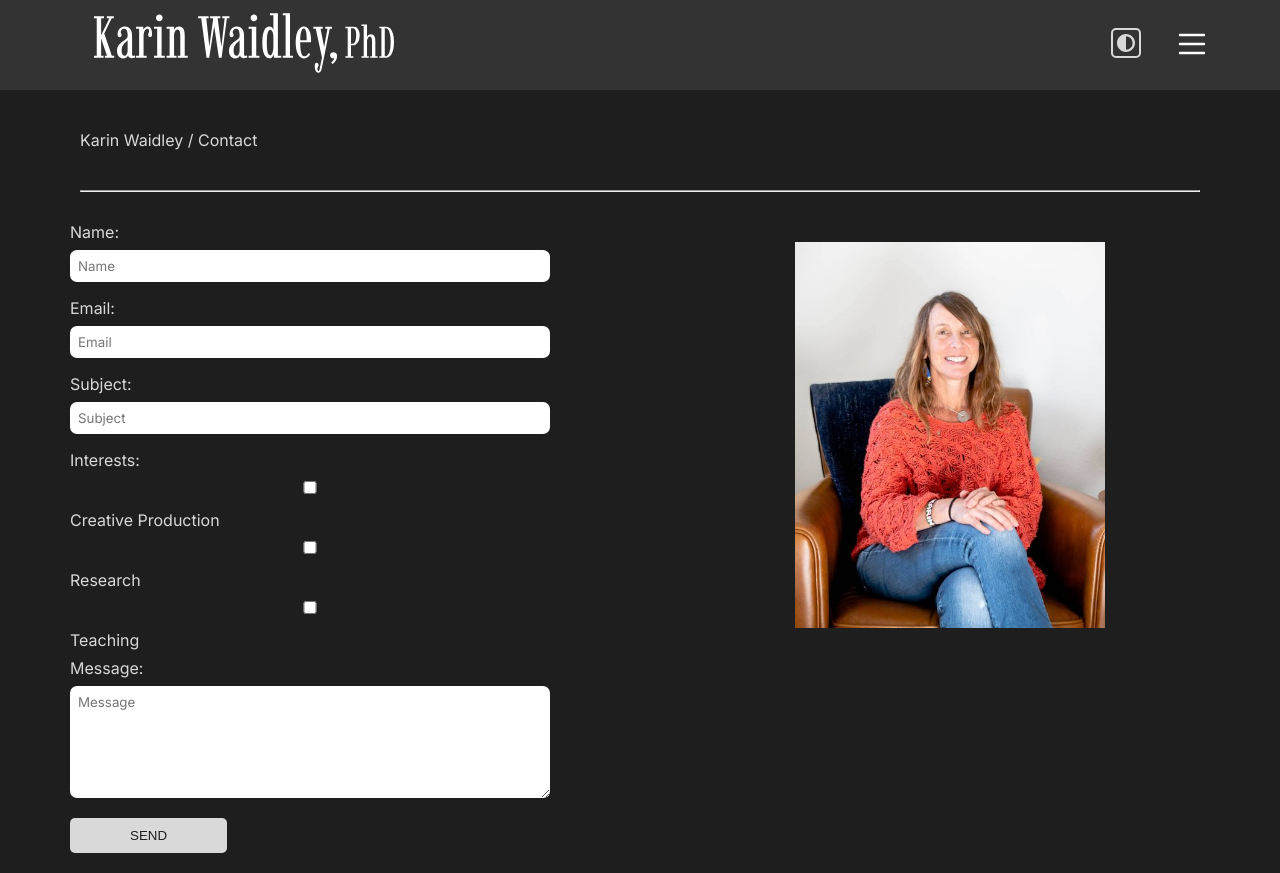
Repository: Ceasor7/Karin
Page: contact.html
The author's editor kept a copy of each file at every save. The page is drawn from the files as they stood at one save, then again after the next save.
The browser window is 1280 px wide. The pictures show the whole page.

Above is the page before, as saved 2023-12-16 01:05:09.

### contact.html
<!DOCTYPE html>
<html lang="en">

<head>
    <meta charset="UTF-8">
    <meta name="viewport" content="width=device-width, initial-scale=1.0">
    <link rel="preconnect" href="https://fonts.googleapis.com">
    <link rel="preconnect" href="https://fonts.gstatic.com" crossorigin>
    <link href="https://fonts.googleapis.com/css2?family=Inter:wght@100;300;400;500;600;700;900&display=swap"
        rel="stylesheet">
    <title>Karin Waidley, PhD | Contact</title>
    <style>
        ::-webkit-scrollbar {
            width: .8em;
            border-radius: .3rem;
            background-color: hsl(0, 0%, 65%);
        }

        ::-webkit-scrollbar-thumb {
            border-radius: .3rem;
            background-color: hsl(0, 0%, 55%);
        }

        ::-webkit-scrollbar-thumb:hover {
            background-color: hsl(0, 0%, 45%);
        }

        body,
        h1,
        h2,
        h3,
        p,
        ul,
        li {
            margin: 0;
            padding: 0;
            list-style: none;
        }

        /* Global styles */
        body {
            font-family: 'Inter', sans-serif;
            background-color: var(--primary-color);
        }

        :root {
            --primary-color: #1E1E1E;
            --secondary-color: #D9D9D9;
        }

        .darkmode {
            --primary-color: #D9D9D9;
            --secondary-color: #1E1E1E;
        }

        /* Navbar styles */
        header {
            background-color: #333;
            color: white;
        }

        .navbar {
            display: flex;
            justify-content: space-between;
            align-items: center;
            padding: 7px;
            margin-left: 60px;
            margin-right: 60px;
        }

        .navbar-logo img {
            height: 72px;
            width: 300px;
            margin-left: 27px;
        }

        .navbar-icons {
            display: flex;
            gap: 10px;
        }

        .dark-mode-toggle {
            color: #D9D9D9;
            border: 2px solid currentColor;
            padding: 4px;
            background: transparent;
            cursor: pointer;
            border-radius: 5px;
            width: 30px;
            height: 30px;
        }

        .dark-mode-toggle,
        .svg-icon {
            margin-right: 20px;
        }

        /* Main content styles */
        section {
            margin-top: 20px;
        }

        .page-title {
            margin-bottom: 40px;
            color: var(--secondary-color);
        }

        /* Contact form styles */
        form {
            max-width: 600px;
            margin: 0 auto;
            color: var(--secondary-color);
        }

        label {
            display: block;
            margin-bottom: 8px;
            text-align: left;
            margin-left: 60px;
        }

        input,
        textarea,
        select {
            font-family: 'Inter', sans-serif;
            width: 80%;
            padding: 8px;
            margin-bottom: 16px;
            box-sizing: border-box;
            margin-left: 60px;
            background-color: white;
            border: none;
            border-radius: 7px;

        }

        /* New section styles */
        .image-section {
            text-align: center;
            margin-top: 20px;
        }

        .image-section img {
            max-width: 50%;
            height: auto;
        }


        .flex-container {
            display: flex;
            justify-content: space-between;
            margin-top: 30px;
        }

        .flex-container>div {
            flex: 1;
            margin-right: 20px;
        }

        .form-button {
            margin-left: 60px;
            margin-bottom: 20px;
        }

        .formSend-button {
            padding: 10px;
            background-color: var(--secondary-color);
            color: var(--primary-color);
            padding-left: 60px;
            padding-right: 60px;
            border-radius: 5px;
            border: none;
            cursor: pointer;
        }

        section {
            margin-top: 40px;
            margin-left: 80px;
            margin-right: 80px;
        }

        /* sidebar menu */
        .sidebarmenu {
            background: transparent;
            border: none;
        }

        .sidebar {
            height: 100%;
            width: 0;
            position: fixed;
            right: 0;
            background-color: #333;
            overflow-x: hidden;
            transition: 0.5s;
            padding-top: 60px;
        }

        .sidebar a {
            padding: 8px 8px 8px 32px;
            text-decoration: none;
            font-size: 18px;
            color: white;
            display: block;
            transition: 0.3s;
        }

        .sidebar a:hover {
            color: #D9D9D9;
            padding: 16px;
        }

        .sidebar .closebtn {
            position: absolute;
            top: 0;
            right: 25px;
            font-size: 36px;
            margin-left: 50px;
        }

        #main {
            transition: margin-right .5s;
        }
    </style>
</head>

<body>
    <div id="mySidebar" class="sidebar">
        <a href="javascript:void(0)" class="closebtn" onclick="closeNav()">×</a>
        <a href="about.html">About</a>
        <a href="contact.html">Contact</a>
    </div>
    <header>
        <div class="navbar">
            <div class="navbar-logo">
                <img src="images/Karin.svg">
            </div>
            <div class="navbar-icons">
                <button id="dark-mode-toggle" class="dark-mode-toggle">
                    <svg width="100%" xmlns="http://www.w3.org/2000/svg" viewBox="0 0 496 496">
                        <path fill="currentColor"
                            d="M8,256C8,393,119,504,256,504S504,393,504,256,393,8,256,8,8,119,8,256ZM256,440V72a184,184,0,0,1,0,368Z"
                            transform="translate(-8 -8)" />
                    </svg>
                </button>
                <button class="sidebarmenu" onclick="openNav()">
                    <svg xmlns="http://www.w3.org/2000/svg" x="0px" y="0px" width="30" height="30" viewBox="0 0 50 50"
                        style="fill:#FFFFFF;">
                        <path
                            d="M 5 8 A 2.0002 2.0002 0 1 0 5 12 L 45 12 A 2.0002 2.0002 0 1 0 45 8 L 5 8 z M 5 23 A 2.0002 2.0002 0 1 0 5 27 L 45 27 A 2.0002 2.0002 0 1 0 45 23 L 5 23 z M 5 38 A 2.0002 2.0002 0 1 0 5 42 L 45 42 A 2.0002 2.0002 0 1 0 45 38 L 5 38 z">
                        </path>
                    </svg>
                </button>
            </div>
        </div>
    </header>
    <div id="main">
        <section>
            <p class="page-title">Karin Waidley / Contact</p>
            <hr>
        </section>
        <div class="flex-container">
            <div>
                <form onsubmit="sendEmail(); reset(); return false;">
                    <label for="name">Name:</label>
                    <input type="text" id="name" placeholder="Name" name="name" required>

                    <label for="email">Email:</label>
                    <input type="email" id="email" placeholder="Email" name="email" required>

                    <label for="subject">Subject:</label>
                    <input type="text" id="subject" placeholder="Subject" name="subject" required>

                    <label>Interests:</label>
                    <div class="checkbox-group">
                        <input type="checkbox" id="creative-production" name="interests[]" value="speaking">
                        <label for="speaking">Creative Production</label>

                        <input type="checkbox" id="research" name="interests[]" value="research">
                        <label for="research">Research</label>

                        <input type="checkbox" id="teaching" name="interests[]" value="training">
                        <label for="training">Teaching</label>
                    </div>


                    <label for="message">Message:</label>
                    <textarea id="message" placeholder="Message" name="message" rows="6" required></textarea>

                    <div class="form-button">
                        <button class="formSend-button" type="submit">SEND</button>
                    </div>
                </form>
            </div>
            <!-- New section with image -->
            <div class="image-section">
                <img src="images/Karin.jpeg" alt="Karin Waidley">
            </div>
        </div>
    </div>
    <script src="darkmode.js"></script>
    <script src="https://smtpjs.com/v3/smtp.js"></script>
    <script>
        function openNav() {
            document.getElementById("mySidebar").style.width = "250px";
            document.getElementById("main").style.marginRight = "250px";
        }

        function closeNav() {
            document.getElementById("mySidebar").style.width = "0";
            document.getElementById("main").style.marginRight = "0";
        }

        function sendEmail() {
            Email.send({
                Host: "smtp.gmail.com",
                Username: "mosesnumi5@gmail.com",
                Password: "marionita",
                To: 'micheal3955@gmail.com',
                From: "you@isp.com",
                Subject: "This is the subject",
                Body: "And this is the body"
            }).then(
                message => alert(message)
            );
        }
    </script>
</body>

</html>

### darkmode.js

let darkMode = localStorage.getItem('darkMode');

const darkModeToggle = document.querySelector('#dark-mode-toggle');

const enableDarkMode = () => {
  document.body.classList.add('darkmode');
  localStorage.setItem('darkMode', 'enabled');
}

const disableDarkMode = () => {

  document.body.classList.remove('darkmode');

  localStorage.setItem('darkMode', null);
}


if (darkMode === 'enabled') {
  enableDarkMode();
}

darkModeToggle.addEventListener('click', () => {

  darkMode = localStorage.getItem('darkMode');

  if (darkMode !== 'enabled') {
    enableDarkMode();
  } else {
    disableDarkMode();
  }
});

After the next save:
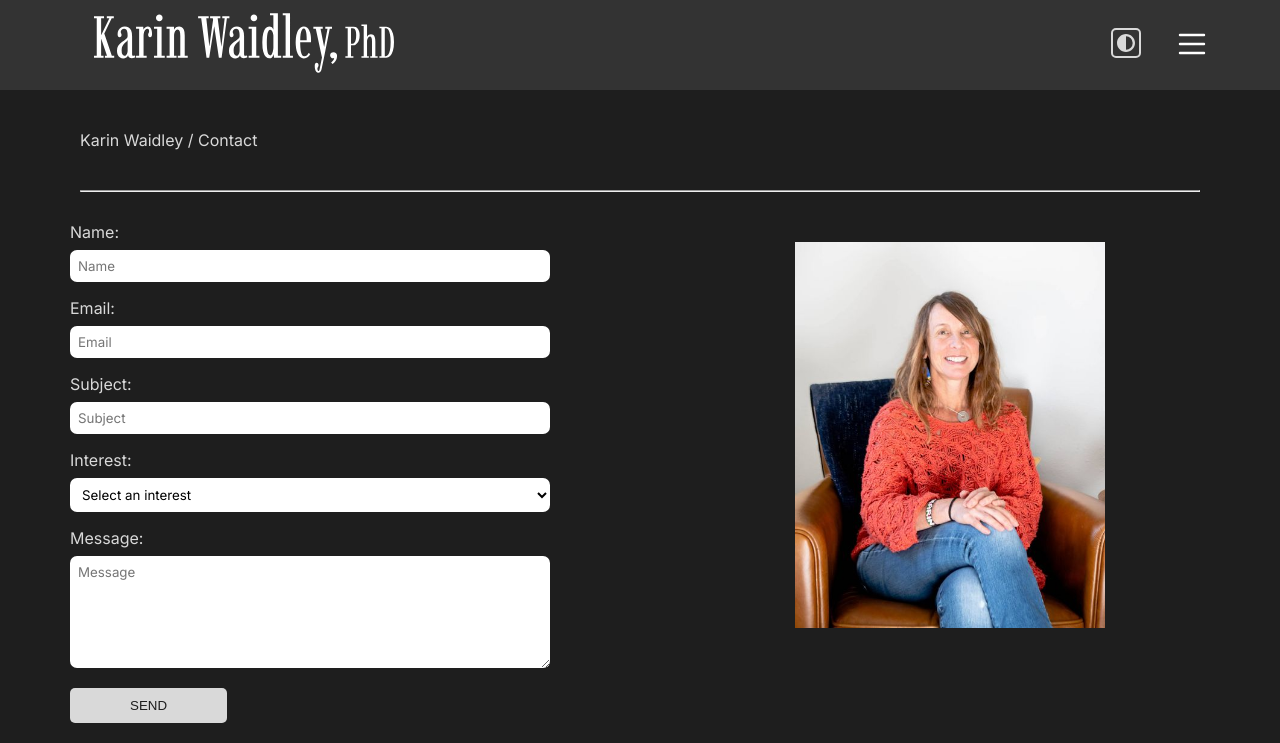
Saved 75 s later.
--- a/contact.html
+++ b/contact.html
@@ -271,18 +271,17 @@
                     <label for="subject">Subject:</label>
                     <input type="text" id="subject" placeholder="Subject" name="subject" required>
 
-                    <label>Interests:</label>
-                    <div class="checkbox-group">
-                        <input type="checkbox" id="creative-production" name="interests[]" value="speaking">
-                        <label for="speaking">Creative Production</label>
-
-                        <input type="checkbox" id="research" name="interests[]" value="research">
-                        <label for="research">Research</label>
-
-                        <input type="checkbox" id="teaching" name="interests[]" value="training">
-                        <label for="training">Teaching</label>
-                    </div>
-
+                    <label for="interest">Interest:</label>
+                    <select id="interest" name="interest">
+                        <option value="">Select an interest</option>
+                        <option value="creative-production">Creative Production</option>
+                        <option value="research">Research</option>
+                        <option value="speaking">Speaking</option>
+                        <option value="teaching">Teaching</option>
+                        <option value="community-reach">Community Reach</option>
+                        <option value="board-community-input">Board and Committee input</option>
+                        <option value="something-else">Something else</option>
+                    </select>
 
                     <label for="message">Message:</label>
                     <textarea id="message" placeholder="Message" name="message" rows="6" required></textarea>
